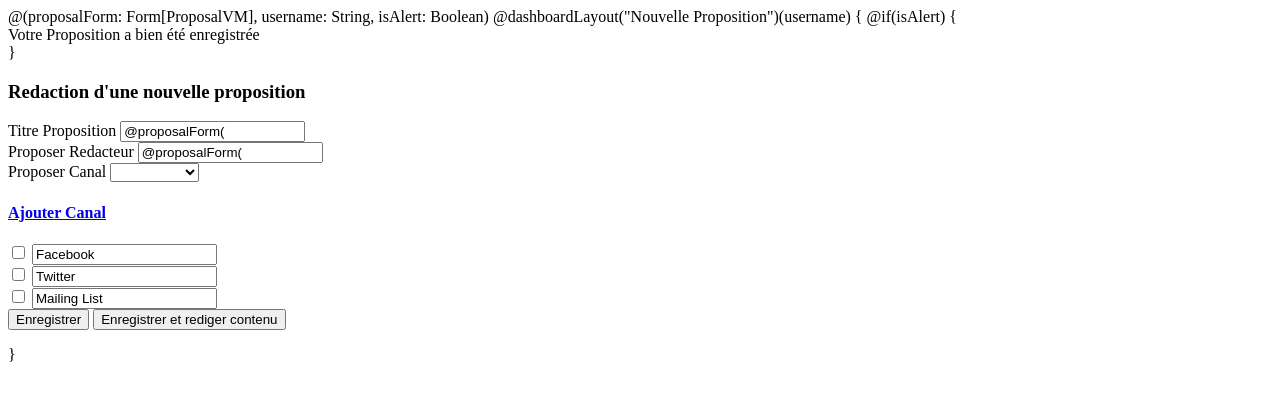
Repository: spirale-software/labo_master
Page: Application/oneDotCom/app/views/proposalForm.scala.html
These files come from the project's save history. The page is drawn as it stood at one moment and after the next save; the edit follows.
The browser window is 1280 px wide. The pictures show the whole page.

Above is the page before, as saved 2017-03-31 20:35:28.

### Application/oneDotCom/app/views/proposalForm.scala.html
@(proposalForm: Form[ProposalVM], username: String, isAlert: Boolean)

@dashboardLayout("Nouvelle Proposition")(username) {
	<meta content="text/html; charset=UTF-8" http-equiv="Content-Type">

	@if(isAlert) {
		<div class="alert alert-success" role="alert"> Votre Proposition a bien été enregistrée</div>
	}

	<div class="panel panel-default">
                <!-- Default panel contents -->
                <div class="panel-heading"><h3>Redaction d'une nouvelle proposition</h3></div>

                <form method="post" action="@routes.ProposalController.addProposalAction">
                    <div class="container divProposition">
                        <div class="form-group">
                            <label for="proposalTitle">Titre Proposition</label>
                            <input type="text" class="form-control" name="@proposalForm("proposalName").name"
                                   value="@proposalForm("proposalName").value" placeholder="Titre de la proposition">
                        </div>
                        <div class="form-group">
                            <label for="assignedWriter">Proposer Redacteur</label>
                            <input type="text" class="form-control" name="@proposalForm("proposedWriter").name"
                            	value="@proposalForm("proposedWriter").value" placeholder="Redacteur">
                        </div>
                        <div class="form-group">
                            <label for="inputCanal">Proposer Canal</label>
                            <select id="inputCanal" class="form-control" name="@proposalForm("proposedChannel").name" >
                                <option></option>
                                <option>Facebook</option>
                                <option>Twitter</option>
                                <option>Mailing List</option>
                            </select>
                        </div>



                <div class="panel-group" id="accordion" role="tablist" aria-multiselectable="true">
                <div class="panel panel-default">
                    <div class="panel-heading" role="tab" id="headingOne">
                        <h4 class="panel-title">
                            <a role="button" data-toggle="collapse" data-parent="#accordion" href="#collapseOne" aria-expanded="true" aria-controls="collapseOne">
                                Ajouter Canal
                            </a>
                        </h4>
                    </div>
                    <div id="collapseOne" class="panel-collapse collapse in" role="tabpanel" aria-labelledby="headingOne">
                        <div class="panel-body">

                        <div class="form-group">



                        	<div class="row">

							    <div class="input-group">
							      <span class="input-group-addon">
							        <input type="checkbox" aria-label="...">
							      </span>
							      <input type="text" class="form-control" aria-label="..." value="Facebook">
							    </div><!-- /input-group -->

							    <div class="input-group">
							      <span class="input-group-addon">
							        <input type="checkbox" aria-label="...">
							      </span>
							      <input type="text" class="form-control" aria-label="..." value="Twitter">
							    </div><!-- /input-group -->

							    <div class="input-group">
							      <span class="input-group-addon">
							        <input type="checkbox" aria-label="...">
							      </span>
							      <input type="text" class="form-control" aria-label="..." value="Mailing List">
							    </div><!-- /input-group -->


							</div><!-- /.row -->



                        </div>



                        </div>
                    </div>
                </div>

            </div>





                        <div>
                            <button type="submit" class="btn btn-primary" id="save">Enregistrer</button>
                            <button type="submit" class="btn btn-primary" id="saveAndRedact">Enregistrer et rediger contenu</button>
                        </div>
                    </div>
                </form>

            </div>

}

After the next save:
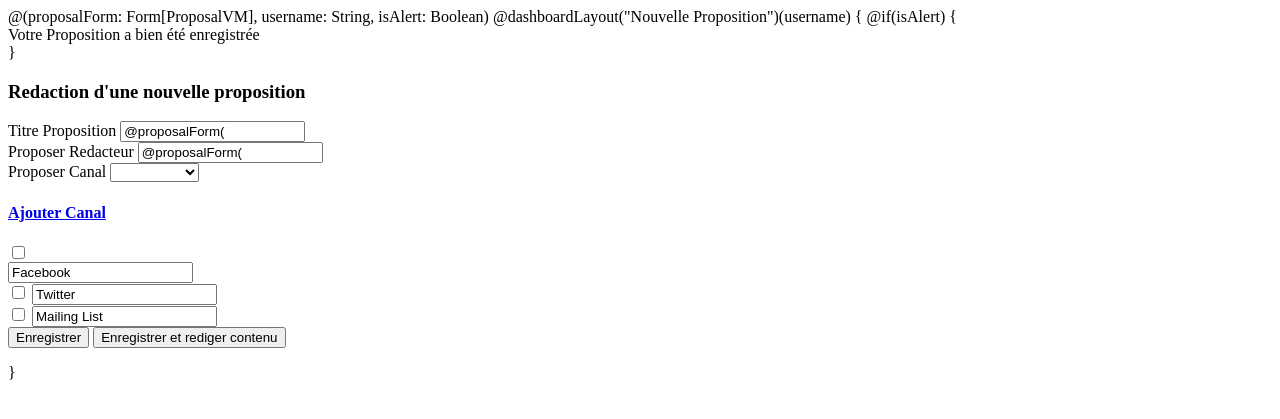
Saved 59 s later.
--- a/Application/oneDotCom/app/views/proposalForm.scala.html
+++ b/Application/oneDotCom/app/views/proposalForm.scala.html
@@ -53,7 +53,7 @@
 
                         	<div class="row">
 
-							    <div class="input-group">
+							    <div class="input-group" style="width:100px">
 							      <span class="input-group-addon">
 							        <input type="checkbox" aria-label="...">
 							      </span>

After the save that followed:
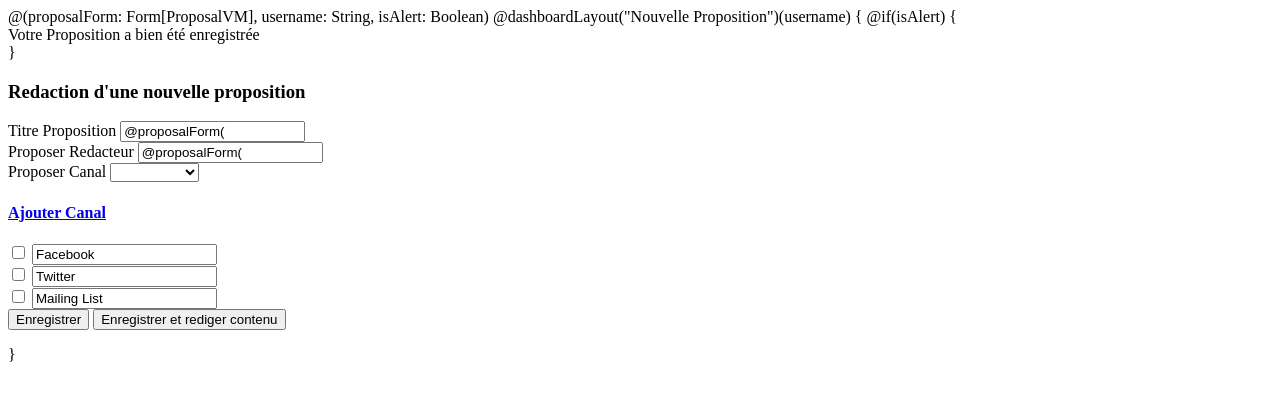
Saved 19 s later.
--- a/Application/oneDotCom/app/views/proposalForm.scala.html
+++ b/Application/oneDotCom/app/views/proposalForm.scala.html
@@ -53,7 +53,7 @@
 
                         	<div class="row">
 
-							    <div class="input-group" style="width:100px">
+							    <div class="input-group" style="width:300px">
 							      <span class="input-group-addon">
 							        <input type="checkbox" aria-label="...">
 							      </span>
